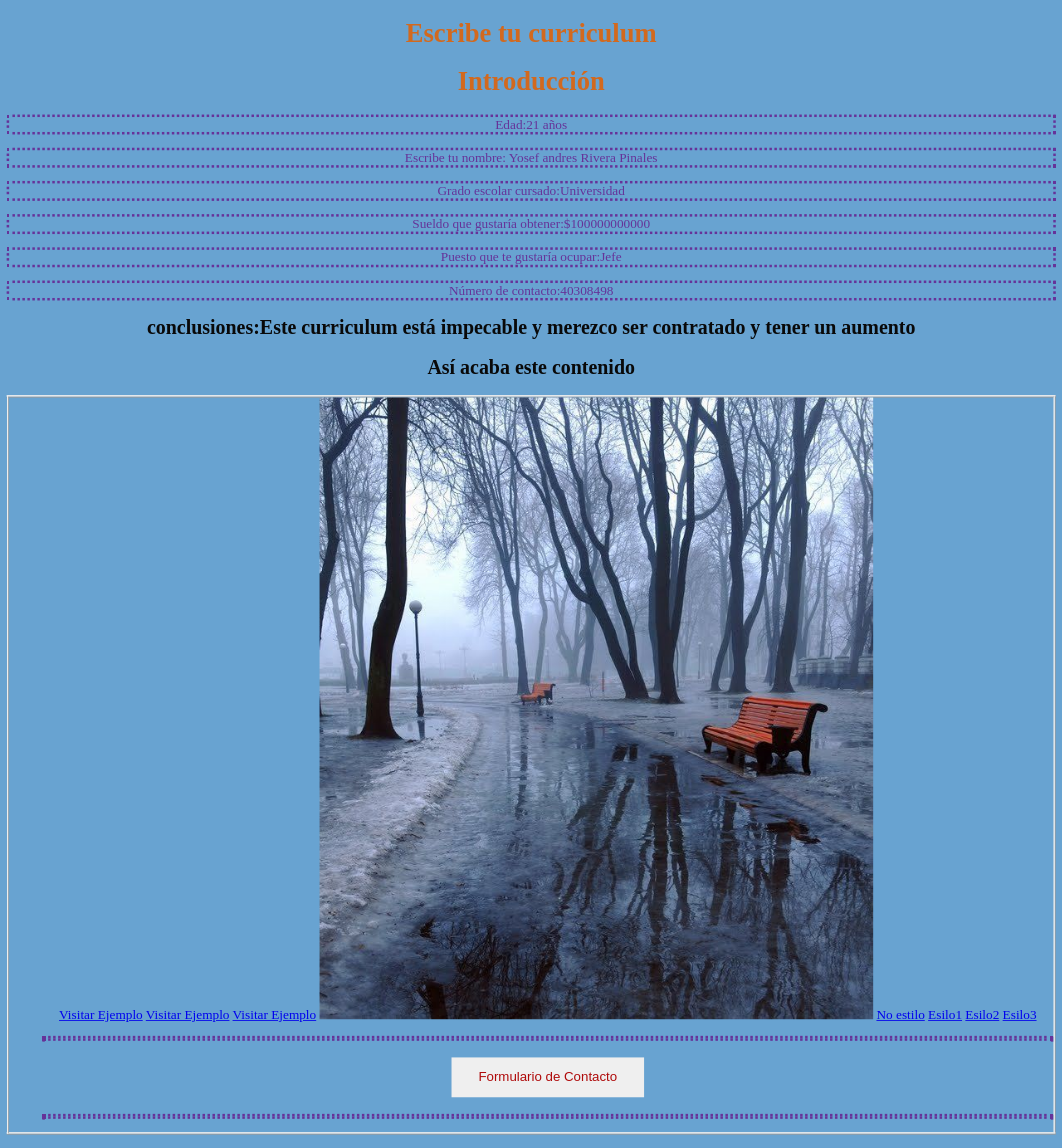
Repository: UVMCoyoacan/VEFY
Page: index_Yosef.html
An editor plug-in stored every save of this project. The page is shown before and after the next save, followed by the edit.
The browser window is 1280 px wide. The pictures show the whole page, at 83% of full size.

Above is the page before, as saved 2024-02-28 21:24:04.

After the next save:
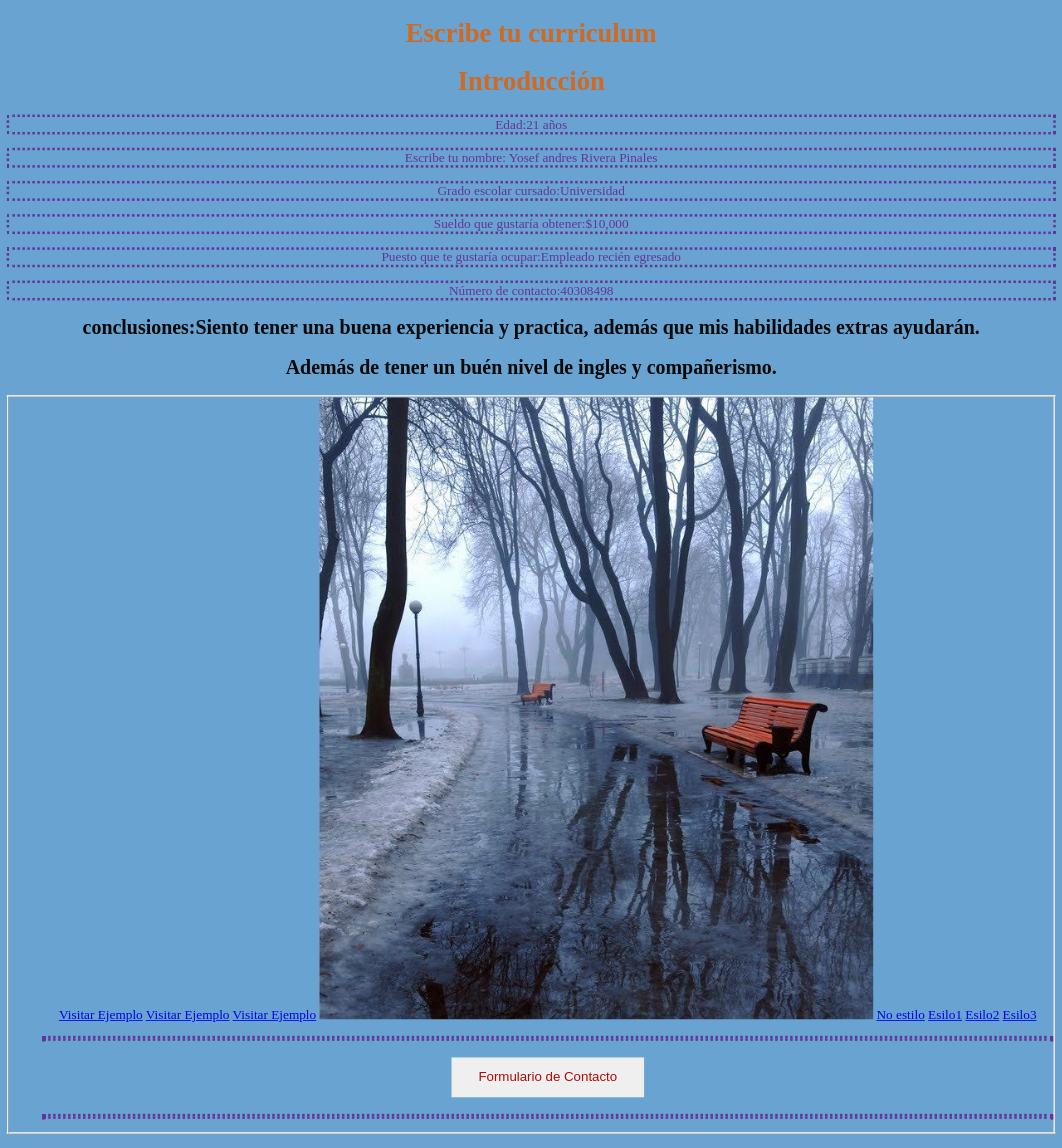
Saved 2 min 41 s later.
--- a/index_Yosef.html
+++ b/index_Yosef.html
@@ -16,11 +16,11 @@
         <p>Edad:21 años</p>
         <p>Escribe tu nombre: Yosef andres Rivera Pinales</p>
         <p>Grado escolar cursado:Universidad</p>
-        <p>Sueldo que gustaría obtener:$100000000000</p>
-        <p>Puesto que te gustaría ocupar:Jefe</p>
+        <p>Sueldo que gustaría obtener:$10,000</p>
+        <p>Puesto que te gustaría ocupar:Empleado recién egresado</p>
         <p>Número de contacto:40308498</p>
-        <h2>conclusiones:Este curriculum está impecable y merezco ser contratado y tener un aumento</h2>
-        <h2>Así acaba este contenido</h2>
+        <h2>conclusiones:Siento tener una buena experiencia y practica, además que mis habilidades extras ayudarán.</h2>
+        <h2>Además de tener un buén nivel de ingles y compañerismo.</h2>
         <ul>
         <a href="file:///Users/yosefrivera/Documents/Visual/index.html">Visitar Ejemplo</a>
        <a href="file:///Users/yosefrivera/Documents/Visual/index.html">Visitar Ejemplo</a>
